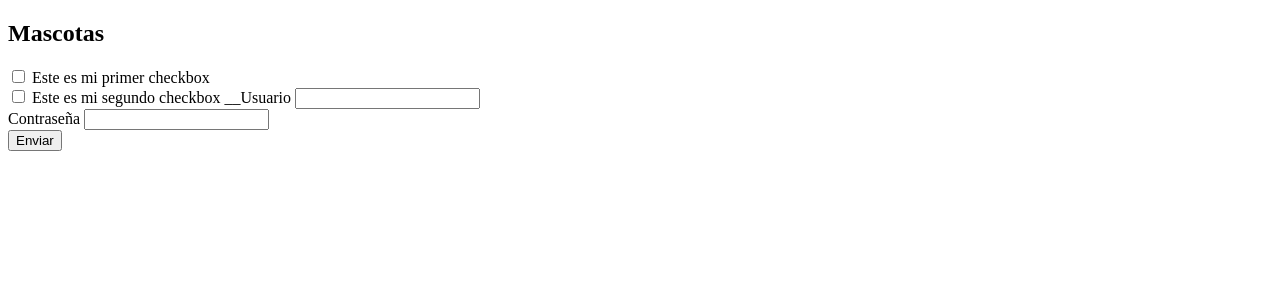
Repository: felipeverdugo/Java-y-Aplicaciones-Avanzadas-sobre-Internet
Page: work/Practica1Web40/src/main/webapp/mascotas.html
The author's editor kept a copy of each file at every save. The page is drawn from the files as they stood at one save, then again after the next save.
The browser window is 1280 px wide. The pictures show the whole page.

Above is the page before, as saved 2024-03-20 13:41:53.

After the next save:
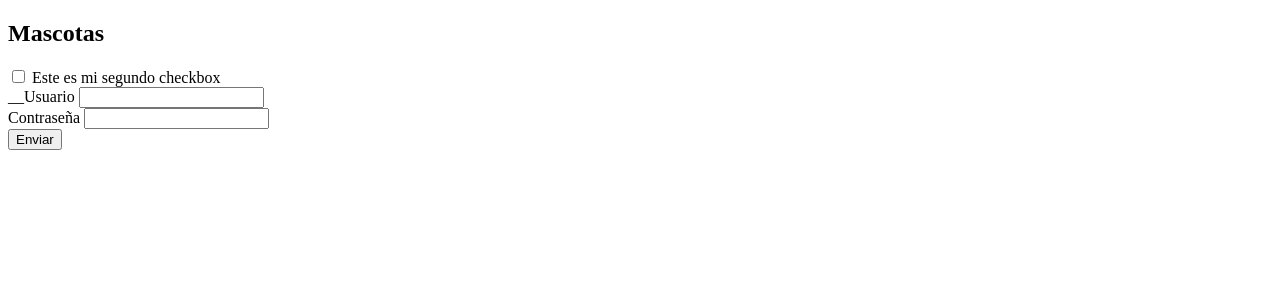
Saved 76 s later.
--- a/work/Practica1Web40/src/main/webapp/mascotas.html
+++ b/work/Practica1Web40/src/main/webapp/mascotas.html
@@ -7,11 +7,14 @@
 <body>
     <h2>Mascotas</h2>
     <form action="Encuesta" method="post">
-		<label><input type="checkbox" id="cbox1"
-			value="first_checkbox" /> Este es mi primer checkbox</label><br /> <input
-			type="checkbox" id="cbox2" value="second_checkbox" /> <label
-			for="cbox2">Este es mi segundo checkbox</label>
-		<label for="nombre">__Usuario</label>
+
+		<input type="checkbox" id="cbox2" value="second_checkbox" />
+		<label for="cbox2">Este es mi segundo checkbox</label>
+    	<br>
+
+
+
+        <label for="nombre">__Usuario</label>
         <input type="text" id="user" name="user" required>
         <br>
         <label for="nombre">Contraseña</label>
